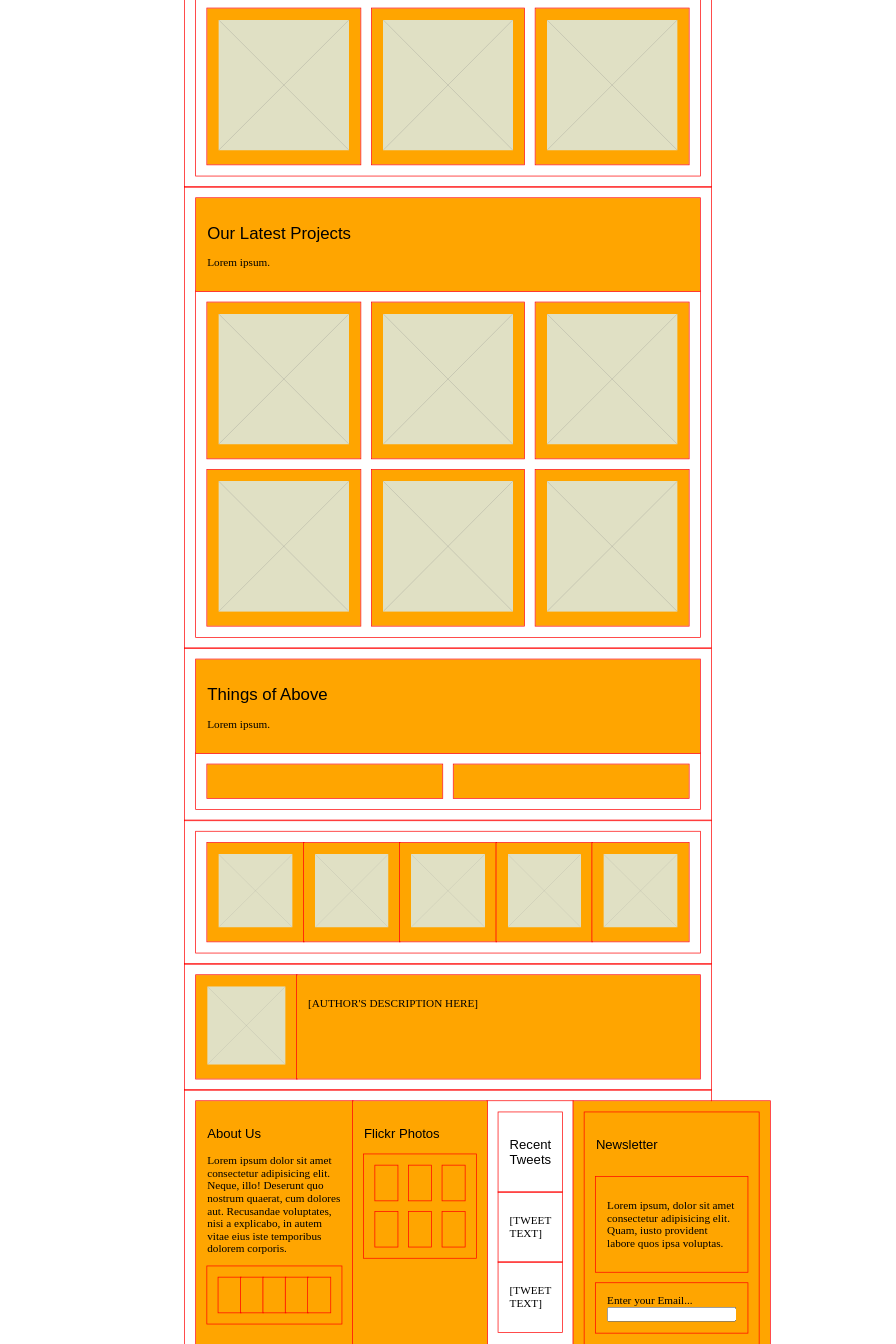
Repository: pjiang604/mdia2003-lab03b
Page: index.html
An editor plug-in stored every save of this project. The page is shown before and after the next save, followed by the edit.
The browser window is 1280 px wide. The pictures show the part of the page from y = 860 to 2780 px (the page is 2900 px tall before and 3138 px after), at 70% of full size.

Above is the page before, as saved 2023-01-25 21:10:59.

After the next save:
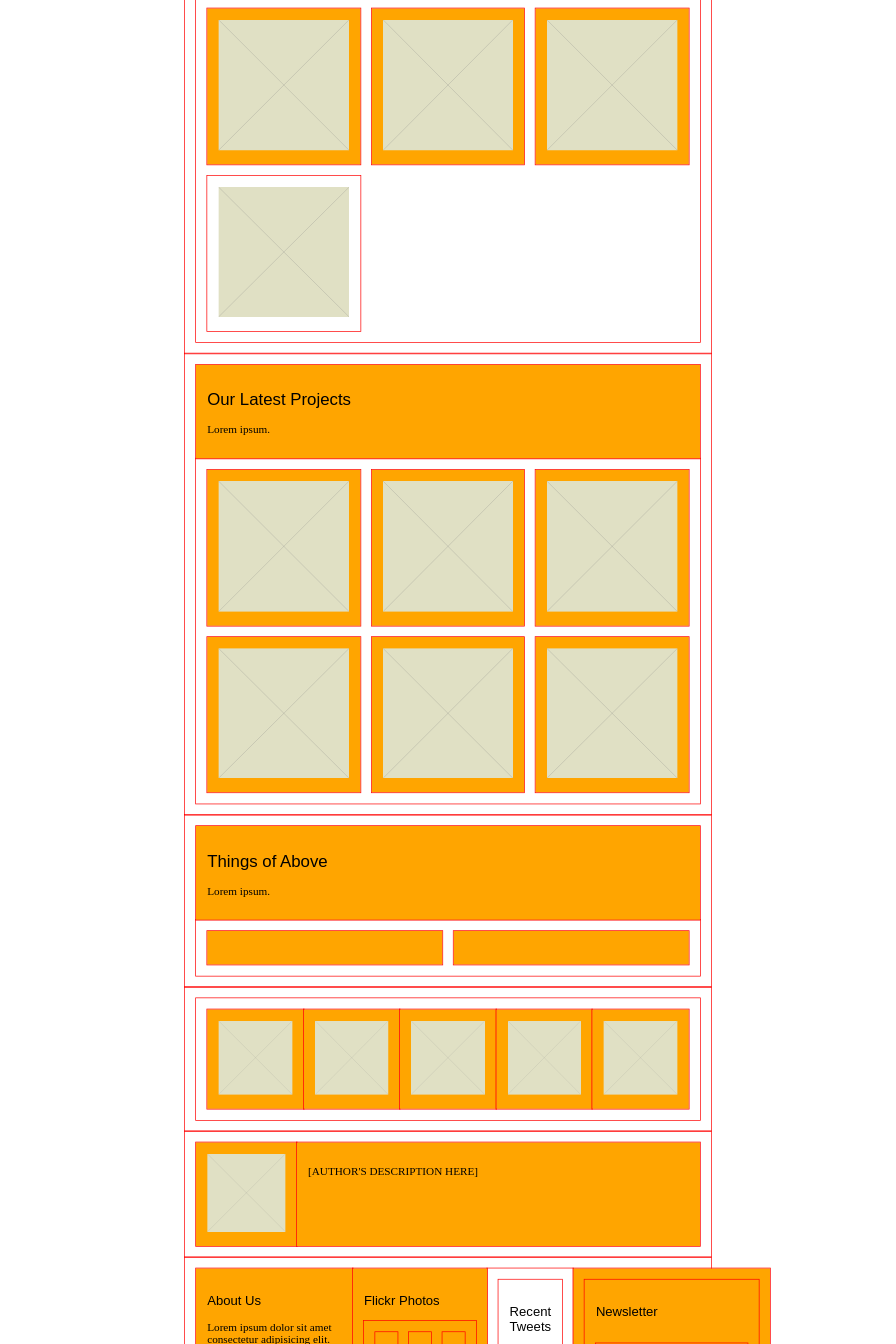
Saved 13 s later.
--- a/index.html
+++ b/index.html
@@ -80,7 +80,7 @@
             <div class="col">
                 <img src="images/placeholder.svg" class="image-post" alt="">
             </div>
-            <div class="col-1">
+            <div class="hidden-photo">
                 <img src="images/placeholder.svg" class="image-post" alt="">
             </div>
         </div>
